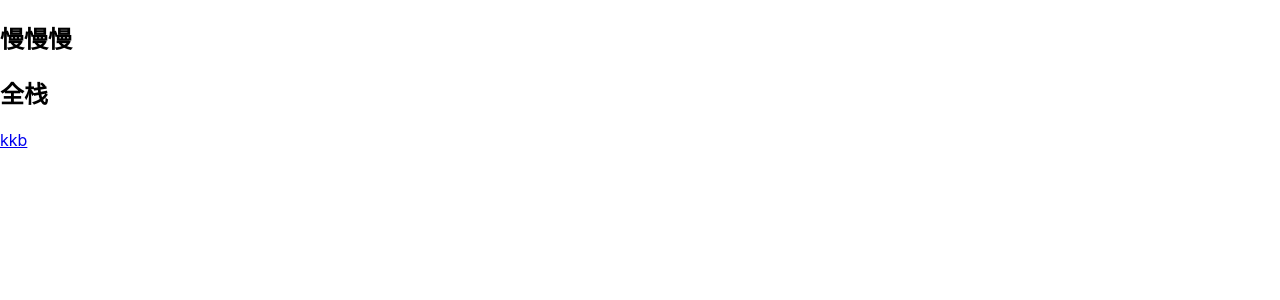
Repository: guoshukun1994/reactByHandWriting
Page: /
An editor plug-in stored every save of this project. The page is shown before and after the next save, followed by the edit.
The browser window is 1280 px wide. The pictures show the whole page.
The project was rebuilt for these pictures with package versions that can differ from the ones it lists, and the page was loaded fresh each time.

Above is the page before, as saved 2021-02-10 09:59:46.

### src/index.js
// import ReactDOM from 'react-dom';
import ReactDOM from './kreact/react-dom';
import './index.css';

// 函数组件02
function FunctionComponent(props) {
  return (
    <div className="border">
      <p>{props.name}</p>
    </div>
  )
}

const jsx = (
  <section className="border">
    <h1>慢慢慢</h1>
    <h1>全栈</h1>
    <a href="https://www.kaikeba.com">kkb</a>
    <FunctionComponent name=""/>
  </section>
);

ReactDOM.render(jsx, document.getElementById("root"));

// 原生节点和文本节点01
// const jsx = (
//   <section className="border">
//     <h1>慢慢慢</h1>
//     <h1>全栈</h1>
//     <a href="https://www.kaikeba.com">kkb</a>
//   </section>
// );

// ReactDOM.render(jsx, document.getElementById("root"));


// 原生标签节点，比如div、a等
// 文本节点
// 函数组件
// 类组件
// Fragment

### src/kreact/react-dom.js
// vnode 虚拟dom节点
// node dom 节点

// * vnode

// type 原生标签 string
//      文本节点 没有type
//      函数组件 函数
// props 属性 如 className 、 href、 id、 children 等
function render(vnode, container) {
    console.log('vnode', vnode);    // sy-log

    // step1 vnode -》 node
    const node = createNode(vnode);
    // step2
    container.appendChild(node);
}

function isStringOrNumber(sth) {
    return typeof sth === 'string' || typeof sth === 'number'
}

// 根据虚拟dom节点， 生成真实dom节点
function createNode(vnode) {
    let node;

    const {type} = vnode;

    // todo 根据虚拟dom节点，生成真实dom节点
    if(typeof type === 'string') {
        // 原生标签节点

        node = updateHostComponent(vnode);
    }else if(isStringOrNumber(vnode)){
        // 文本标签节点
        node = updateTextComponent(vnode);
    }else if(typeof type === 'function') {
        node = type.prototype.isReactComponent
                ? updateClassComponent(vnode)
                : updateFunctionComponent(vnode)
    }

    return node;
}

function updateNode(node, nextVal) {
    Object.keys(nextVal)
        .filter(k => {
        //    console.log('filter',k);
           return k !== 'children';
        })
        .forEach((k) => {
            node[k] = nextVal[k]
        })
}

// 原生标签节点。 div,a
function updateHostComponent(vnode) {
    const {type, props} = vnode;
    const node = document.createElement(type);
    updateNode(node, props);
    reconcileChildren(node, props.children);
    return node;
}

function updateTextComponent(vnode) {
    const node = document.createTextNode(vnode);
    return node;
}

// 返回node节点
function updateFunctionComponent(vnode) {
    const { type, props } = vnode;
    console.log('Functionvnode',vnode);
    const child = type(props);
    const node = createNode(child)
    return node;
}

// 返回node
function updateClassComponent(vnode) {
    const { type, props } = vnode;
    console.log('Classvnode',vnode);

    const instance = new type(props)
    const child = instance.render()
    // vnode -node
    const node = createNode(child)
    return node;
}

function reconcileChildren(parentNode, children) {
    const newChildren = Array.isArray(children) ? children : [children];

    for(let i = 0; i < newChildren.length; i++) {
        let child = newChildren[i];
        // vnode-> node,再把node插入到parentNode
        render(child, parentNode);
    }
}



// 原生标签节点。 div,a
// 文本节点
export default {render};

Loaded but not shown: public/index.html (common file); src/index.css (common file)

After the next save:
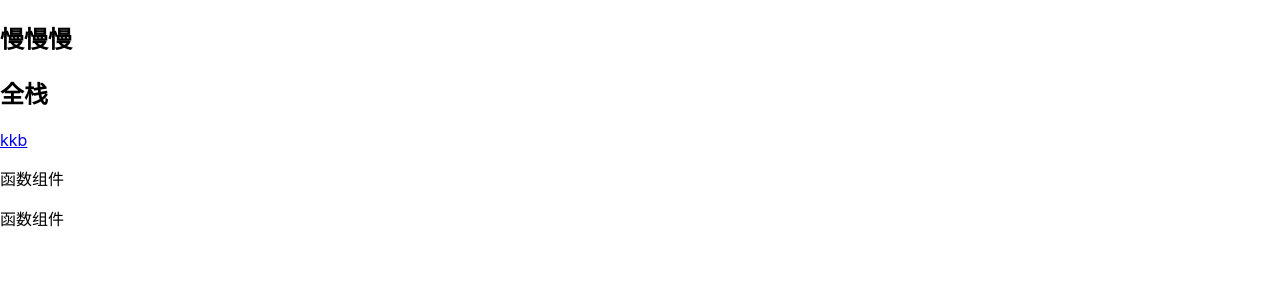
Saved 6 s later.
--- a/src/index.js
+++ b/src/index.js
@@ -16,7 +16,8 @@ const jsx = (
     <h1>慢慢慢</h1>
     <h1>全栈</h1>
     <a href="https://www.kaikeba.com">kkb</a>
-    <FunctionComponent name=""/>
+    <FunctionComponent name="函数组件"/>
+    <FunctionComponent name="函数组件"/>
   </section>
 );
 
